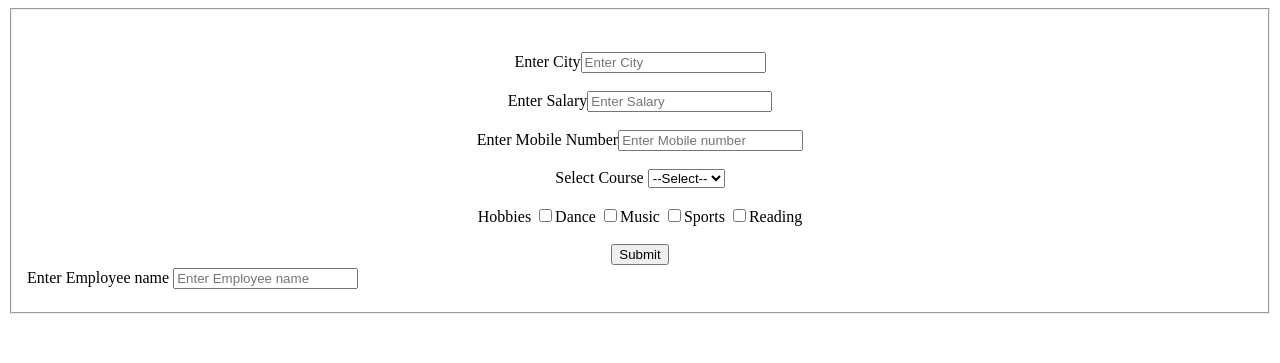
Repository: bigee1397/22-3-2024
Page: http://localhost/RDDemo/
An editor plug-in stored every save of this project. The page is shown before and after the next save, followed by the edit.
The browser window is 1280 px wide. The pictures show the whole page.
The page is served by Tomcat 9. Other server files are loaded and not shown.

Above is the page before, as saved 2024-03-15 04:48:21.

### jspandservlets/RDDemo/src/main/webapp/index.jsp
<%@ page language="java" contentType="text/html; charset=ISO-8859-1"
    pageEncoding="ISO-8859-1" %>
<!DOCTYPE html>
<html>
<head>
<meta charset="ISO-8859-1">
<title>Insert title here</title>
</head>
<body>
	<fieldset align="center">
		<form action="registerServlet" method="post">
			<table>
				<tr>
					<td>Enter Employee name</td>
					<td><input type="text" name="employeeName" placeholder="Enter Employee name" /> </td>
				</tr>
				<tr>

				</tr>
				<tr></tr>
				<tr></tr>
				<tr></tr>
				<tr></tr>

		    	<br><br>
		    	Enter City<input type="text" name="city" placeholder="Enter City" />
		    	<br><br>
		    	Enter Salary<input type="number" name="salary" placeholder="Enter Salary" />
		    	<br><br>
		    	Enter Mobile Number<input type="tel" name="mobile" placeholder="Enter Mobile number" />
		    	<br><br>
		        Select Course
		        <select name="course">
		            <option>--Select--</option>
		            <option value="Java">Java</option>
		            <option value="Spring">Spring</option>
		            <option value="Angular">Angular</option>
		            <option value="Node">Node</option>
		        </select>
		        <br><br>
		        Hobbies
		        <input type="checkbox" name="hobby" value="dance">Dance
		        <input type="checkbox" name="hobby" value="music">Music
		        <input type="checkbox" name="hobby" value="sports">Sports
		        <input type="checkbox" name="hobby" value="reading">Reading
		        <br><br>
		        <input type="submit" value="Submit">
			</table>
		</form>
	</fieldset>
</body>
</html>

After the next save:
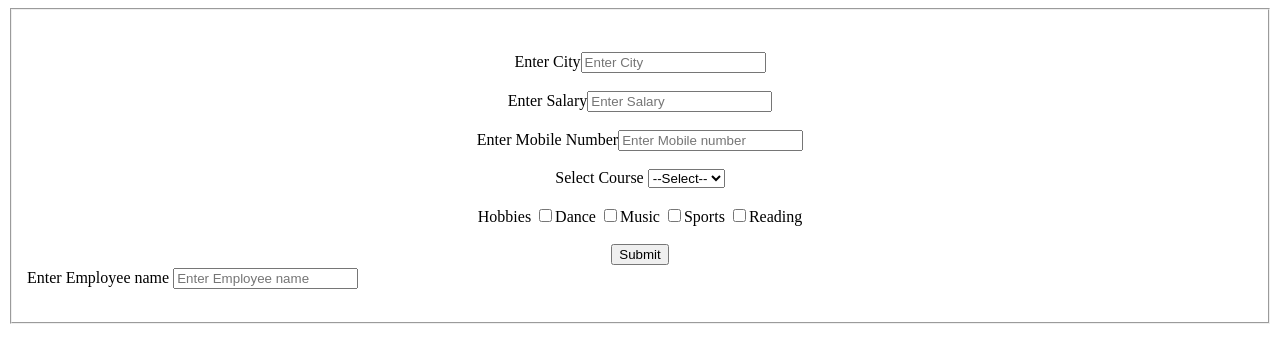
Saved 85 s later.
--- a/jspandservlets/RDDemo/src/main/webapp/index.jsp
+++ b/jspandservlets/RDDemo/src/main/webapp/index.jsp
@@ -15,12 +15,25 @@
 					<td><input type="text" name="employeeName" placeholder="Enter Employee name" /> </td>
 				</tr>
 				<tr>
-
+					<td></td>
+					<td></td>
 				</tr>
-				<tr></tr>
-				<tr></tr>
-				<tr></tr>
-				<tr></tr>
+				<tr>
+					<td></td>
+					<td></td>
+				</tr>
+				<tr>
+					<td></td>
+					<td></td>
+				</tr>
+				<tr>
+					<td></td>
+					<td></td>
+				</tr>
+				<tr>
+					<td></td>
+					<td></td>
+				</tr>
 
 		    	<br><br>
 		    	Enter City<input type="text" name="city" placeholder="Enter City" />
